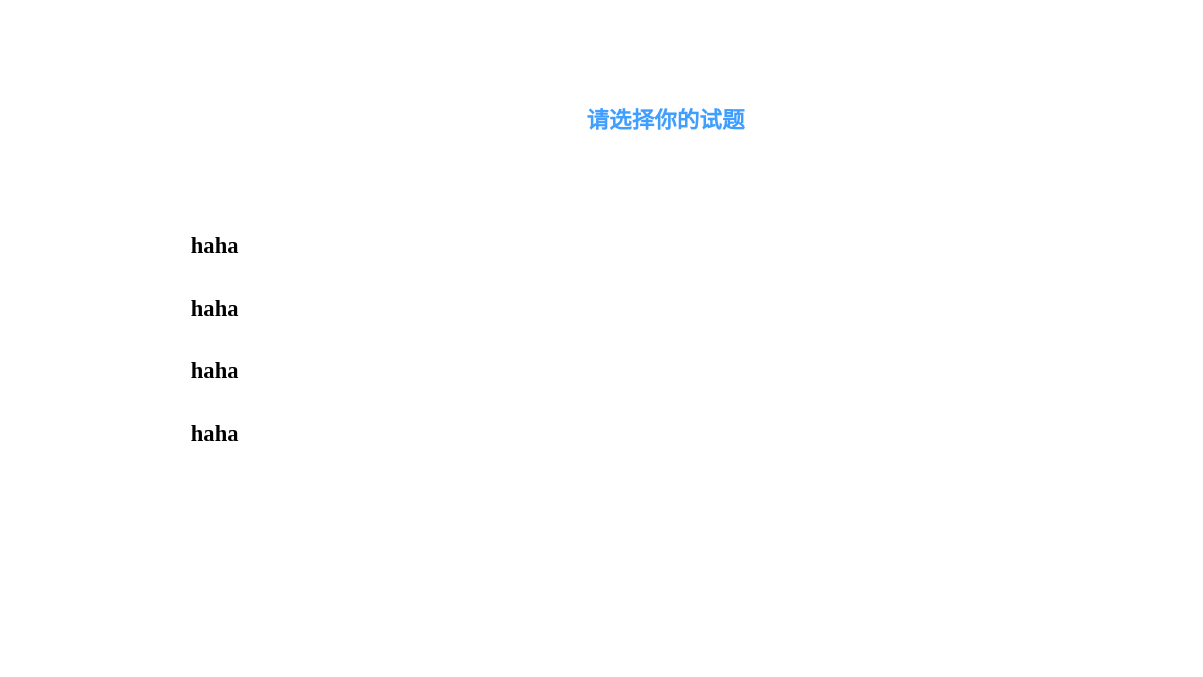
Repository: Fhup/OQP
Page: /home
The author's editor kept a copy of each file at every save. The page is drawn from the files as they stood at one save, then again after the next save.
The browser window is 1280 px wide. The pictures show the whole page, at 94% of full size.
The project was rebuilt for these pictures with package versions that can differ from the ones it lists, and the page was loaded fresh each time.

Above is the page before, as saved 2021-11-28 08:44:30.

### index.html
<!DOCTYPE html>
<html>
  <head>
    <meta charset="utf-8">
    <meta name="viewport" content="width=device-width,initial-scale=1.0">
    <title>oqp</title>
  </head>
  <body>
    <div id="app"></div>
    <!-- built files will be auto injected -->
  </body>
</html>

### src/main.js
import Vue from 'vue'
import App from './App'
import router from './router'

import ElementUI from 'element-ui';
import 'element-ui/lib/theme-chalk/index.css';

Vue.config.productionTip = false


Vue.use(ElementUI);

new Vue({
    el: '#app',
    router,
    render: h => h(App)
})

### src/App.vue
<template>
  <div id="app">
    <router-view></router-view>
  </div>
</template>

<script>
export default {
    name: 'App',
}
</script>

<style scoped>
  @import url('assets/css/base.css');
</style>

### src/router/index.js
//配置路由相关的信息
import Vue from 'vue'
import Router from 'vue-router'

const home = () =>
    import ('views/home/home')
const login = () =>
    import ('views/login/login')



// Vue.use() 安装插件
Vue.use(Router);
// 对多次push进行处理
const originalPush = Router.prototype.push
Router.prototype.push = function push(location) {
    return originalPush.call(this, location).catch(err => err)
}

var routes = [{
        path: "",
        redirect: "/login"
    },
    {
        path: "/login",
        component: login
    },
    {
        path: "/home",
        component: home
    }
]

const router = new Router({
    mode: 'history',
    linkActiveClass: 'active',
    routes
})


//前置守卫(guard)
// router.beforeEach((to, from, next) => {
//     //从from到to 实现路由导航
//     document.title = to.matched[0].meta.title
//     next()
// })

//后置钩子(hook)
// router.afterEach((to, from) => {
//     // console.log('----------')
// })

export default router

### src/views/home/home.vue
<template>
<div class="home">
  <home-check/>
</div>
</template>

<script>
import homeCheck from './childCopms/homeCheck.vue';
export default {
  components: { homeCheck },
  name: 'Home',

  data() {
    return {

    };
  },

  mounted() {

  },

  methods: {

  },
};
</script>

<style scoped>

</style>

### src/views/home/childCopms/homeCheck.vue
<template>
  <div class="homecheck">
      <el-row>
        <el-col :span="24"><div class="top">
          <h2>请选择你的试题</h2>
        </div></el-col>
      </el-row>
      <el-row :gutter="10" v-for="(index,item) in type" :key="index">
        <home-check-item/>
      <!-- <el-col :span="6"><div class="grid-content" @click="check('java')">
        <el-card shadow="hover" >
          java试题
        </el-card>
      </div></el-col>
      <el-col :span="6"><div class="grid-content" @click="check('c')">
        <el-card shadow="hover" >
          c语言试题
        </el-card>
      </div></el-col>
      <el-col :span="6"><div class="grid-content" @click="check('javascript')">
        <el-card shadow="hover" >
          javascript试题
        </el-card>
      </div></el-col>
      <el-col :span="6"><div class="grid-content" @click="check('vue')">
        <el-card shadow="hover">
          vue试题
        </el-card>
      </div></el-col> -->
    </el-row>
  <el-dialog
    :title="checked"
    :visible.sync="dialogVisible"
    width="30%"
    :before-close="handleClose">
    <div>
      <div class="block">
        <span class="demonstration">选择试题个数(默认为10个)</span>
        <el-slider
          v-model="value"
          :step="10"
          :min="10"
          show-stops>
        </el-slider>
      </div>
    </div>
    <span slot="footer" class="dialog-footer">
      <el-button @click="dialogVisible = false">取 消</el-button>
      <el-button type="primary" @click="dialogVisible = false">确 定</el-button>
    </span>
  </el-dialog>
  </div>
</template>

<script>
import homeCheckItem from './homeCheckItem.vue';
export default {
  components: { homeCheckItem },
  name: 'homeCheck',

  data() {
    return {
      type:["java","c","javascript","vue"],
      dialogVisible: false,
      checked:null,
      value:[10,100]
    };
  },

  mounted() {

  },

  methods: {
    handleClose(done) {
        this.$confirm('确认关闭？')
          .then(_ => {
            done();
          })
          .catch(_ => {});
      },
    check(info){
      this.dialogVisible=true
      this.checked=info
    }
  },
};
</script>

<style scoped>
.homecheck{
    margin: 0 200px;
    min-width: 1000px;
    user-select: none;
  }
  .top{
    height: 200px;
    line-height: 200px;
    text-align: center;
  }
  h2{
    cursor: help;
    color:  #409EFF;
  }
</style>

<style>
  .homecheck .grid-content {
    min-height: 200px;
    min-width: 200px;
    height: 200px;
    border-radius: 20px;
    line-height: 160px;
    text-align: center;
    font-size: 20px;
    cursor: pointer;
  }
  .homecheck .el-card{
    height: 200px;
    border-radius: 20px;
  }
</style>

### src/views/home/childCopms/homeCheckItem.vue
<template>
  <div class="homecheckitem">
    <!-- <el-col :span="6"><div class="grid-content" @click="check('java')">
        <el-card shadow="hover" >
          java试题
        </el-card>
    </div></el-col> -->
    <h2>haha</h2>
  </div>
</template>

<script>
export default {
  name: 'homeCheckItem',

  data() {
    return {
    };
  },

  mounted() {

  },

  methods: {

  },
};
</script>

<style scoped>

</style>

<style>

</style>

Loaded but not shown: src/assets/css/base.css (common file)

After the next save:
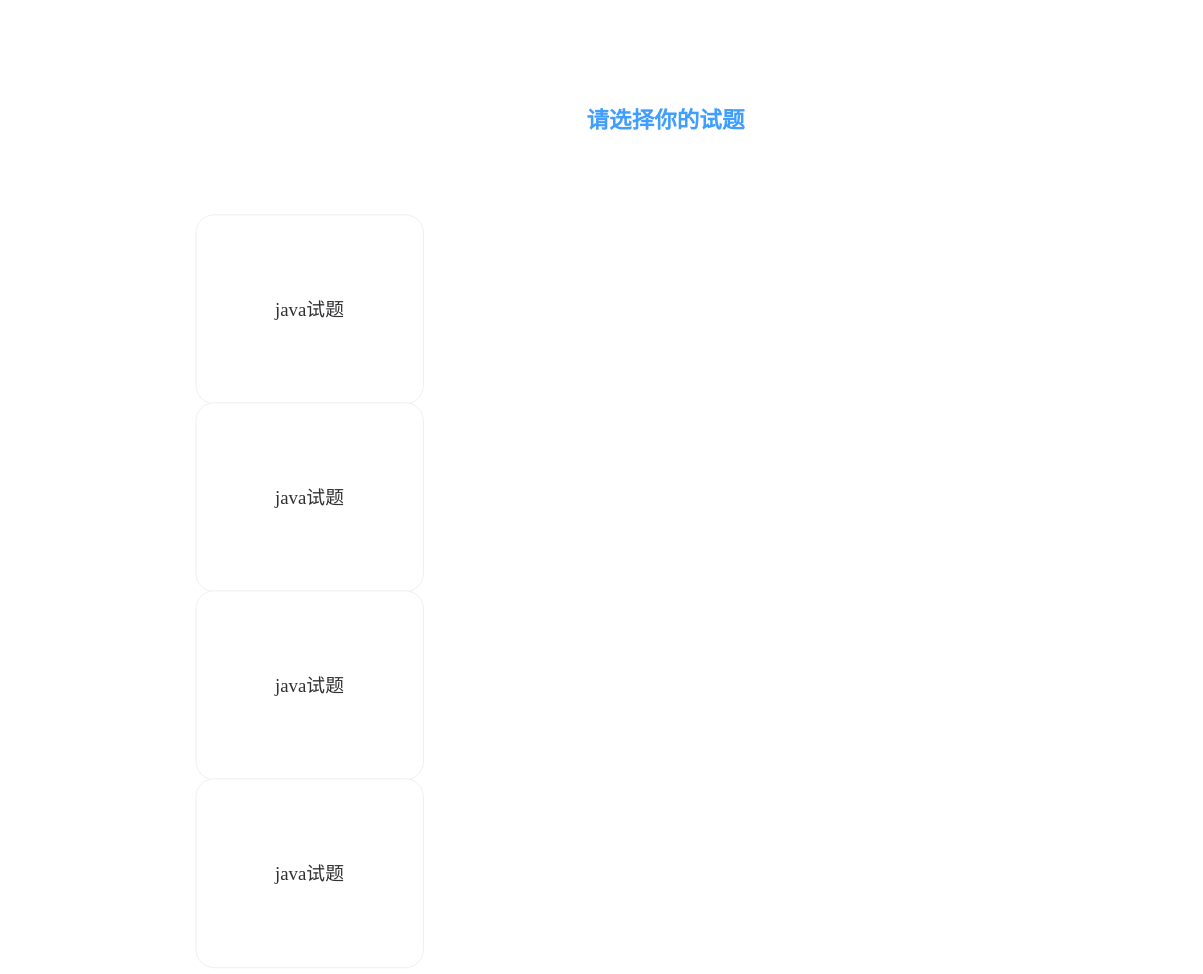
Saved 46 s later.
--- a/src/views/home/childCopms/homeCheckItem.vue
+++ b/src/views/home/childCopms/homeCheckItem.vue
@@ -1,11 +1,10 @@
 <template>
   <div class="homecheckitem">
-    <!-- <el-col :span="6"><div class="grid-content" @click="check('java')">
+    <el-col :span="6"><div class="grid-content">
         <el-card shadow="hover" >
           java试题
         </el-card>
-    </div></el-col> -->
-    <h2>haha</h2>
+    </div></el-col>
   </div>
 </template>
 
